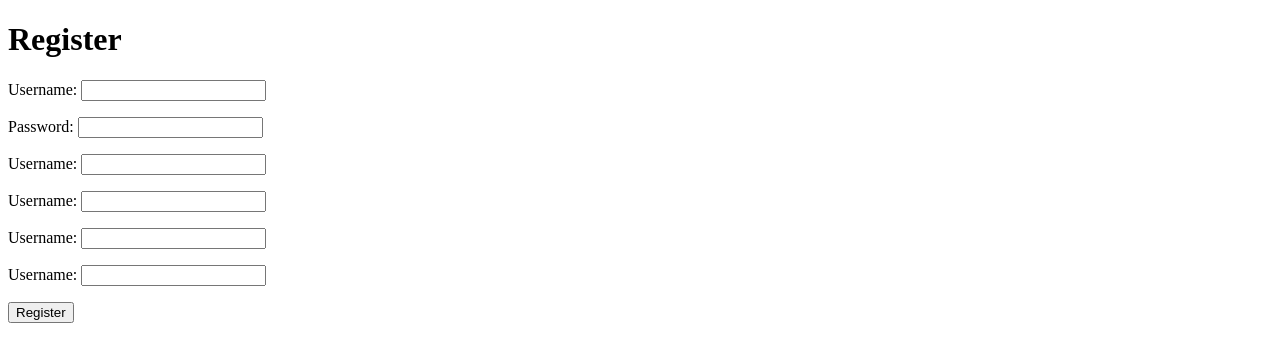
Repository: Nirbagi/isr-swimming-app
Page: src/server/views/register.html
These files come from the project's save history. The page is drawn as it stood at one moment and after the next save; the edit follows.
The browser window is 1280 px wide. The pictures show the whole page.

Above is the page before, as saved 2022-03-01 14:11:17.

### src/server/views/register.html
<!DOCTYPE html>
<html>
<head>
  <meta charset="utf-8">
  <title>Register</title>
</head>
<body>
  <h1>Register</h1>
  <form action="/auth/register" method="post">
    <p><label>Username: <input type="text" name="username"/></label></p>
    <p><label>Password: <input type="password" name="password"/></label></p>
    <p><label>Username: <input type="text" name="first_name"/></label></p>
    <p><label>Username: <input type="text" name="last_name"/></label></p>
    <p><label>Username: <input type="text" name="email"/></label></p>
    <p><label>Username: <input type="text" name="role"/></label></p>
    <p><button type="submit">Register</button></p>
  </form>
</body>
</html>

After the next save:
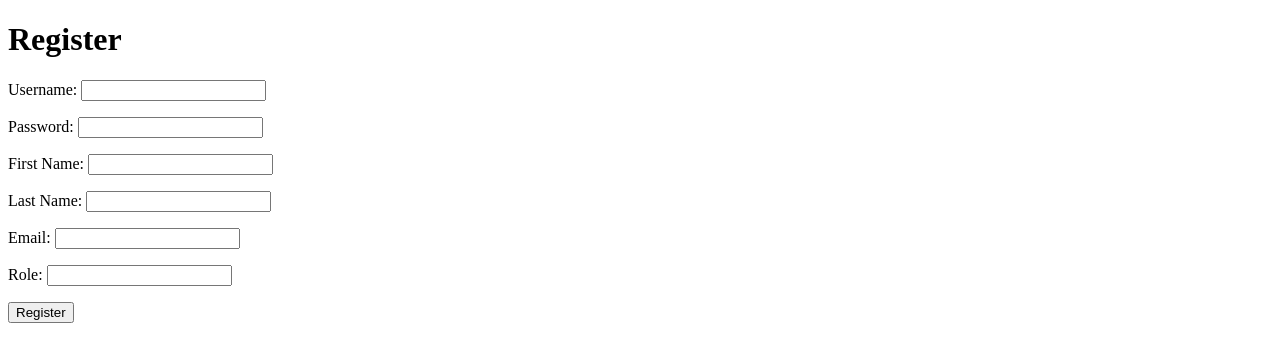
Saved 25 s later.
--- a/src/server/views/register.html
+++ b/src/server/views/register.html
@@ -9,10 +9,10 @@
   <form action="/auth/register" method="post">
     <p><label>Username: <input type="text" name="username"/></label></p>
     <p><label>Password: <input type="password" name="password"/></label></p>
-    <p><label>Username: <input type="text" name="first_name"/></label></p>
-    <p><label>Username: <input type="text" name="last_name"/></label></p>
-    <p><label>Username: <input type="text" name="email"/></label></p>
-    <p><label>Username: <input type="text" name="role"/></label></p>
+    <p><label>First Name: <input type="text" name="first_name"/></label></p>
+    <p><label>Last Name: <input type="text" name="last_name"/></label></p>
+    <p><label>Email: <input type="text" name="email"/></label></p>
+    <p><label>Role: <input type="text" name="role"/></label></p>
     <p><button type="submit">Register</button></p>
   </form>
 </body>
